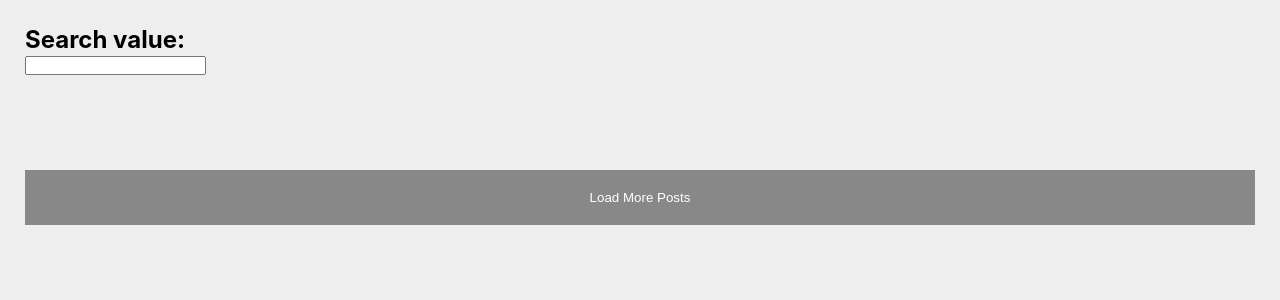
Repository: anderfmelo/temp-repo
Page: /
The author's editor kept a copy of each file at every save. The page is drawn from the files as they stood at one save, then again after the next save.
The browser window is 1280 px wide. The pictures show the whole page.
The page's requests for data from a server got no answer. The project was rebuilt for these pictures with package versions that can differ from the ones it lists, and the page was loaded fresh each time. No one was signed in, and anything a server would have sent is missing. Also part of the build but not shown: src/components/PostCard/styles.css, src/components/PostCard/index.jsx.

Above is the page before, as saved 2022-04-20 14:38:09.

### public/index.html
<!DOCTYPE html>
<html lang="en">
  <head>
    <meta charset="utf-8" />
    <link rel="icon" href="%PUBLIC_URL%/favicon.ico" />
    <meta name="viewport" content="width=device-width, initial-scale=1" />
    <meta name="theme-color" content="#000000" />
    <meta
      name="description"
      content="Web site created using create-react-app"
    />
    <link rel="apple-touch-icon" href="%PUBLIC_URL%/logo192.png" />
    <!--
      manifest.json provides metadata used when your web app is installed on a
      user's mobile device or desktop. See https://developers.google.com/web/fundamentals/web-app-manifest/
    -->
    <link rel="manifest" href="%PUBLIC_URL%/manifest.json" />
    <!--
      Notice the use of %PUBLIC_URL% in the tags above.
      It will be replaced with the URL of the `public` folder during the build.
      Only files inside the `public` folder can be referenced from the HTML.

      Unlike "/favicon.ico" or "favicon.ico", "%PUBLIC_URL%/favicon.ico" will
      work correctly both with client-side routing and a non-root public URL.
      Learn how to configure a non-root public URL by running `npm run build`.
    -->
    <title>React App</title>
  </head>
  <body>
    <noscript>You need to enable JavaScript to run this app.</noscript>
    <div id="root"></div>
    <!--
      This HTML file is a template.
      If you open it directly in the browser, you will see an empty page.

      You can add webfonts, meta tags, or analytics to this file.
      The build step will place the bundled scripts into the <body> tag.

      To begin the development, run `npm start` or `yarn start`.
      To create a production bundle, use `npm run build` or `yarn build`.
    -->
  </body>
</html>

### src/index.js
import React from 'react';
import ReactDOM from 'react-dom/client';
import './styles/global-styles.css';

import Home from './templates/Home';

const root = ReactDOM.createRoot(document.getElementById('root'));
root.render(
  <React.StrictMode>
    <Home />
  </React.StrictMode>
);

### src/templates/Home/index.jsx
import "./styles.css";

import { Component } from "react";

import { loadPosts } from "../../utils/load-posts";
import { Posts } from "../../components/Posts";
import { Button } from "../../components/Button";

export class Home extends Component {
  state = {
    posts: [],
    allPosts: [],
    page: 0,
    postsPerPage: 10,
    searchValue: "",
  };

  async componentDidMount() {
    await this.loadPosts();
  }

  loadPosts = async () => {
    const { page, postsPerPage } = this.state;

    const postsAndPhotos = await loadPosts();
    this.setState({
      posts: postsAndPhotos.slice(page, postsPerPage),
      allPosts: postsAndPhotos,
    });
  };

  loadMorePosts = () => {
    const { page, postsPerPage, allPosts, posts } = this.state;

    const nextPage = page + postsPerPage;
    const nextPosts = allPosts.slice(nextPage, nextPage + postsPerPage);
    posts.push(...nextPosts);

    this.setState({ posts, page: nextPage });
  };

  handleChange = (e) => {
    const { value } = e.target;
    this.setState({ searchValue: value });
  };

  render() {
    const { posts, page, postsPerPage, allPosts, searchValue } = this.state;
    const noMorePosts = page + postsPerPage >= allPosts.length;

    return (
      <section className="container">
        <h1>Search value: {searchValue}</h1>
        <input onChange={this.handleChange} value={searchValue} type="search" />
        <br />
        <br />
        <br />
        <Posts posts={posts} />
        <div className="button-container">
          <Button
            text="Load More Posts"
            quandoClica={this.loadMorePosts}
            disabled={noMorePosts}
          />
        </div>
      </section>
    );
  }
}

export default Home;

### src/templates/Home/styles.css
.container {
  min-height: 100vh;
  background: #eee;
  padding: 25px;
}

.button-container {
  min-height: 110px;
  display: flex;
  align-items: flex-end;
}

### src/utils/load-posts.js
export const loadPosts = async () => {
    const postsResponse = fetch(
        'https://jsonplaceholder.typicode.com/posts');

    const photosResponse = fetch(
        'https://jsonplaceholder.typicode.com/photos');

    const [posts, photos] = await Promise.all(
        [postsResponse, photosResponse]);

    const postsJson = await posts.json();
    const photosJson = await photos.json();

    const postsAndPhotos = postsJson.map((post, index) => {
        return { ...post, cover: photosJson[index].url }
    });

    return postsAndPhotos;
}

### src/components/Posts/index.jsx
import "./styles.css";

import { PostCard } from "../PostCard";

export const Posts = ({ posts }) => (
  <div className="posts">
    {posts.map((post) => (
      <PostCard
        key={post.id}
        title={post.title}
        body={post.body}
        id={post.id}
        cover={post.cover}
      />
    ))}
  </div>
);

### src/components/Button/index.jsx
import "./styles.css";

import { Component } from "react";

export class Button extends Component {
  render() {
    const { text, quandoClica, disabled } = this.props;

    return (
      <button className="button" onClick={quandoClica} disabled={disabled}>
        {text}
      </button>
    );
  }
}

### src/components/Posts/styles.css
.posts {
    display: grid;
    grid-template-columns: repeat(
      auto-fill, minmax(280px, 1fr));
      gap: 30px;
  }

### src/components/Button/styles.css
.button {
    width: 100%;
    background: darkblue;
    color: white;
    border: none;
    padding: 20px 30px;
    cursor: pointer;
    transition: transform 0.6s ease-in-out;
    transition: box-shadow 0.2s ease-in-out;
}

.button:disabled {
    background: #888;
    cursor: not-allowed;
}

button:hover{
    transform: scale(1.05);
    background: white;
    color: darkblue;
}

.button:disabled:hover{
    transform: scale(1.05);
    color: red;
}

Loaded but not shown: src/styles/global-styles.css (common file)

After the next save:
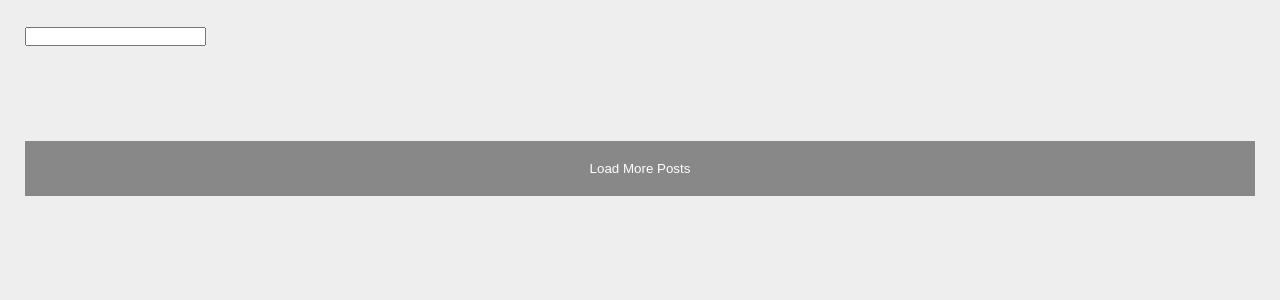
Saved 19 min 18 s later.
--- a/src/templates/Home/index.jsx
+++ b/src/templates/Home/index.jsx
@@ -50,7 +50,13 @@ export class Home extends Component {
 
     return (
       <section className="container">
-        <h1>Search value: {searchValue}</h1>
+        {!!searchValue && (
+          <>
+            <h1>Search value: {searchValue}</h1>
+            <br></br>
+          </>
+        )}
+
         <input onChange={this.handleChange} value={searchValue} type="search" />
         <br />
         <br />
